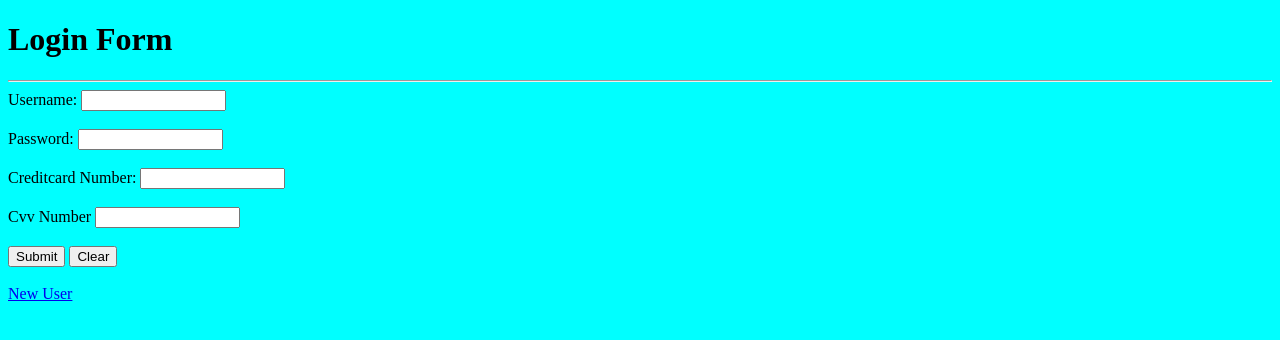
Repository: laikrish/day10
Page: CreditCard/WebContent/creditcard.html
These files come from the project's save history. The page is drawn as it stood at one moment and after the next save; the edit follows.
The browser window is 1280 px wide. The pictures show the whole page.

Above is the page before, as saved 2018-09-06 07:39:28.

After the next save:
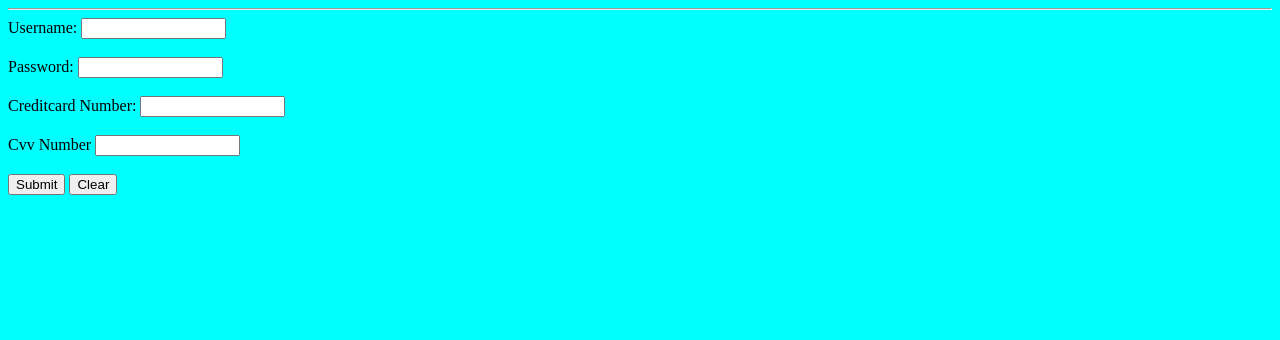
Saved 5 min 45 s later.
--- a/CreditCard/WebContent/creditcard.html
+++ b/CreditCard/WebContent/creditcard.html
@@ -5,7 +5,6 @@
 <title>Credit Card Details</title>
 </head>
 <body bgcolor="cyan">
-<h1> Login Form</h1>
 <hr>
 <form action="credit" method="post">
 <label> Username: </label>
@@ -23,7 +22,6 @@
 <input type="submit"/>
 <input type="reset" value="Clear"/>
 <br><br>
-<a href="registration.html">New User</a>
 </form>
 
 </body>
